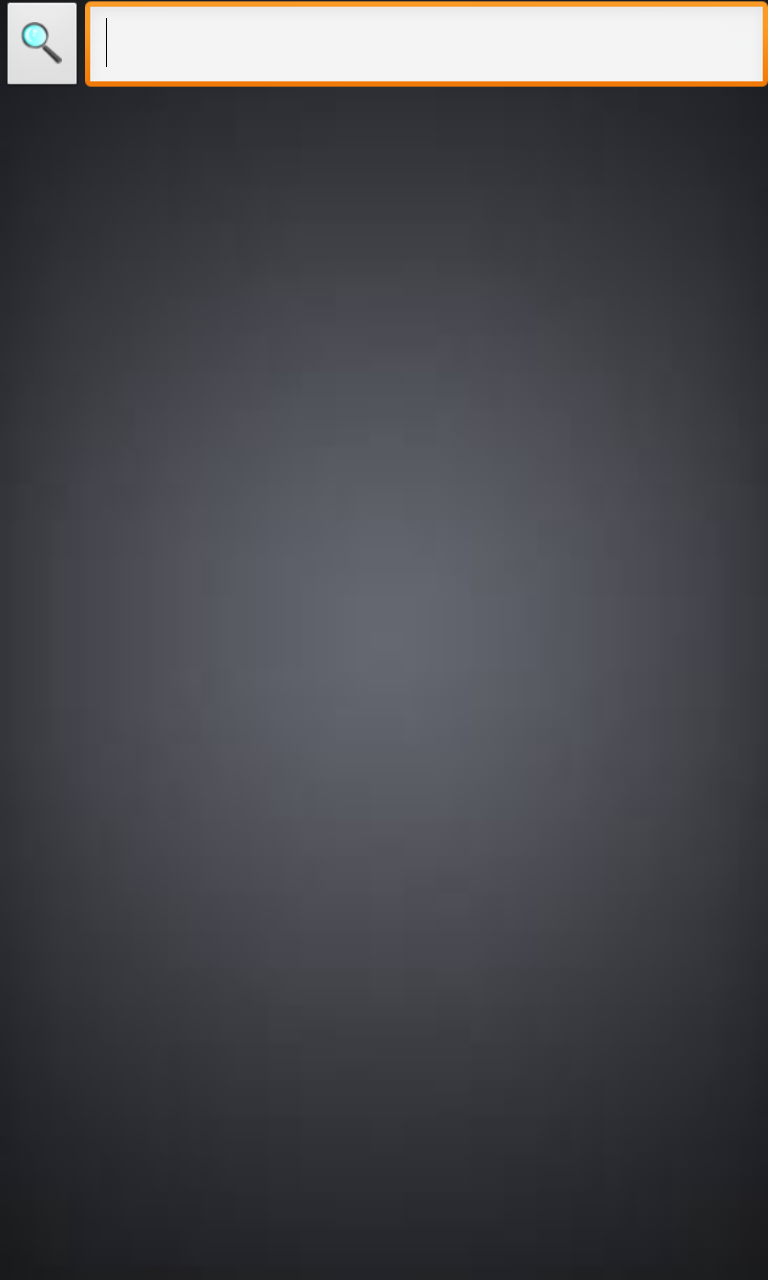
Repository: complexityclass/GosClient
Layout: Client/res/layout/listview_searchbar_layout.xml
The author's editor kept a copy of each file at every save. The layout is drawn from the files as they stood at one save, then again after the next save.
It is drawn on a 768 x 1280 px phone screen (xhdpi) without system bars, with theme android:Theme.Light.NoTitleBar.Fullscreen; the app's code is not run. Lists and similar views that code fills are empty.

Above is the layout before, as saved 2013-03-22 10:49:22.

### Client/res/layout/listview_searchbar_layout.xml
<?xml version="1.0" encoding="utf-8"?>
<RelativeLayout xmlns:android="http://schemas.android.com/apk/res/android"
    android:layout_width="fill_parent"
    android:layout_height="fill_parent"
    android:background="@drawable/background">

    <EditText
        android:id="@+id/editText1"
        android:layout_width="132dp"
        android:layout_height="wrap_content"
        android:layout_alignParentRight="true"
        android:layout_alignParentTop="true"
        android:layout_toRightOf="@+id/ImageButton01"
        android:ems="10" >

        <requestFocus />
    </EditText>

    <ListView
        android:id="@+id/listView1"
        android:layout_width="fill_parent"
        android:layout_height="wrap_content"
        android:layout_alignParentLeft="true"
        android:layout_below="@+id/editText1" >
    </ListView>

    <ImageButton
        android:id="@+id/ImageButton01"
        android:layout_width="wrap_content"
        android:layout_height="wrap_content"
        android:layout_above="@+id/listView1"
        android:layout_alignParentLeft="true"
        android:layout_alignParentTop="true"
        android:src="@drawable/magnifier" />

</RelativeLayout>

After the next save:
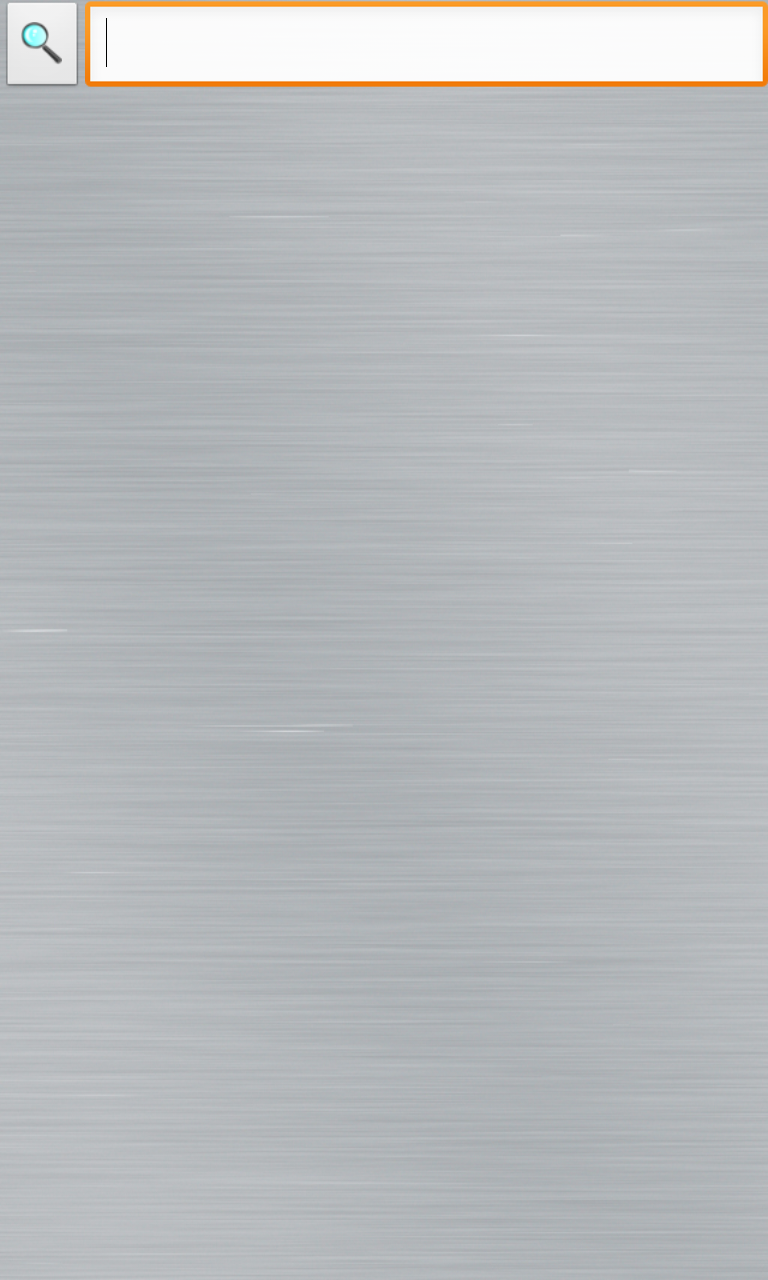
Saved 5 min 26 s later.
--- a/Client/res/layout/listview_searchbar_layout.xml
+++ b/Client/res/layout/listview_searchbar_layout.xml
@@ -2,7 +2,7 @@
 <RelativeLayout xmlns:android="http://schemas.android.com/apk/res/android"
     android:layout_width="fill_parent"
     android:layout_height="fill_parent"
-    android:background="@drawable/background">
+    android:background="@drawable/back">
 
     <EditText
         android:id="@+id/editText1"
